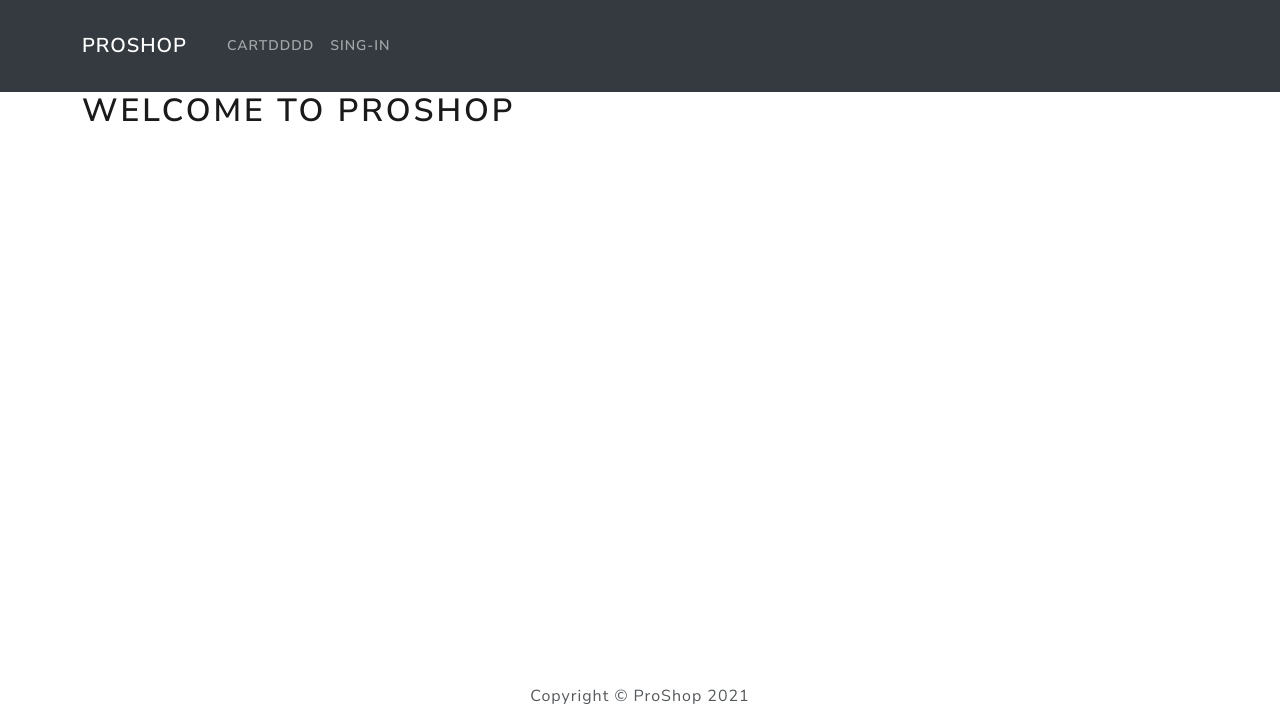
Repository: Erangr90/ProShop
Page: / (app in frontend/)
The author's editor kept a copy of each file at every save. The page is drawn from the files as they stood at one save, then again after the next save.
The browser window is 1280 px wide. The pictures show the whole page.
The project was rebuilt for these pictures with package versions that can differ from the ones it lists, and the page was loaded fresh each time.

Above is the page before, as saved 2021-05-29 18:24:32.

### frontend/public/index.html
<!DOCTYPE html>
<html lang="en">
  <head>
    <meta charset="utf-8" />
    <link rel="icon" href="%PUBLIC_URL%/favicon.ico" />
    <meta name="viewport" content="width=device-width, initial-scale=1" />
    <meta name="theme-color" content="#000000" />
    <meta
      name="description"
      content="ProShop - the best prices"
    />
    <link rel="apple-touch-icon" href="%PUBLIC_URL%/logo192.png" />
    <link rel="manifest" href="%PUBLIC_URL%/manifest.json" />
    <title>Welcome to ProShop</title>
  </head>
  <body>
    <div id="root"></div>
  </body>
</html>

### frontend/src/index.js
import React from 'react';
import ReactDOM from 'react-dom';

import './index.css';
import './bootstrap.min.css'
import App from './App';
import reportWebVitals from './reportWebVitals';

ReactDOM.render(
  <React.StrictMode>
    <App />
  </React.StrictMode>,
  document.getElementById('root')
);

// If you want to start measuring performance in your app, pass a function
// to log results (for example: reportWebVitals(console.log))
// or send to an analytics endpoint. Learn more: https://bit.ly/CRA-vitals
reportWebVitals();

### frontend/src/App.js
import React from 'react'
import { Container } from 'react-bootstrap'
import Header from './components/Header'
import Footer from './components/Footer'

function App() {
  return (
    <>
    <Header/>
    <main>
    <Container><h1>Welcome to ProShop</h1></Container>
    </main>
    <Footer/>
    </>
  );
}

export default App;

### frontend/src/components/Header.jsx
import React from 'react'
import {Navbar,Nav, Container} from 'react-bootstrap'

const Header = () => {
    return (
        <header>
            <Navbar bg="dark" variant='dark' expand="lg" collapseOnSelect>
            <Container >
                <Navbar.Brand href="/">ProShop</Navbar.Brand>
                <Navbar.Toggle aria-controls="basic-navbar-nav"/>
                <Navbar.Collapse id="basic-navbar-nav" >
                    <Nav className='ml-auto'>
                        <Nav.Link href="/cart">Cartdddd</Nav.Link>
                         <Nav.Link href="/login">Sing-in</Nav.Link>
                    </Nav>
                </Navbar.Collapse>
            </Container>
            </Navbar>
        </header>
    )
}

export default Header

### frontend/src/components/Footer.jsx
import React from 'react'
import { Container,Row,Col } from 'react-bootstrap'

const Footer = () => {
    return (
        <footer>
        <Container>
            <Row>
                <Col className='text-center py-3'>
                    Copyright &copy; ProShop 2021
                </Col>
            </Row>
        </Container>
        </footer>
    )
}

export default Footer

Loaded but not shown: frontend/src/index.css (common file); frontend/src/bootstrap.min.css (library); frontend/src/reportWebVitals.js (common file)

After the next save:
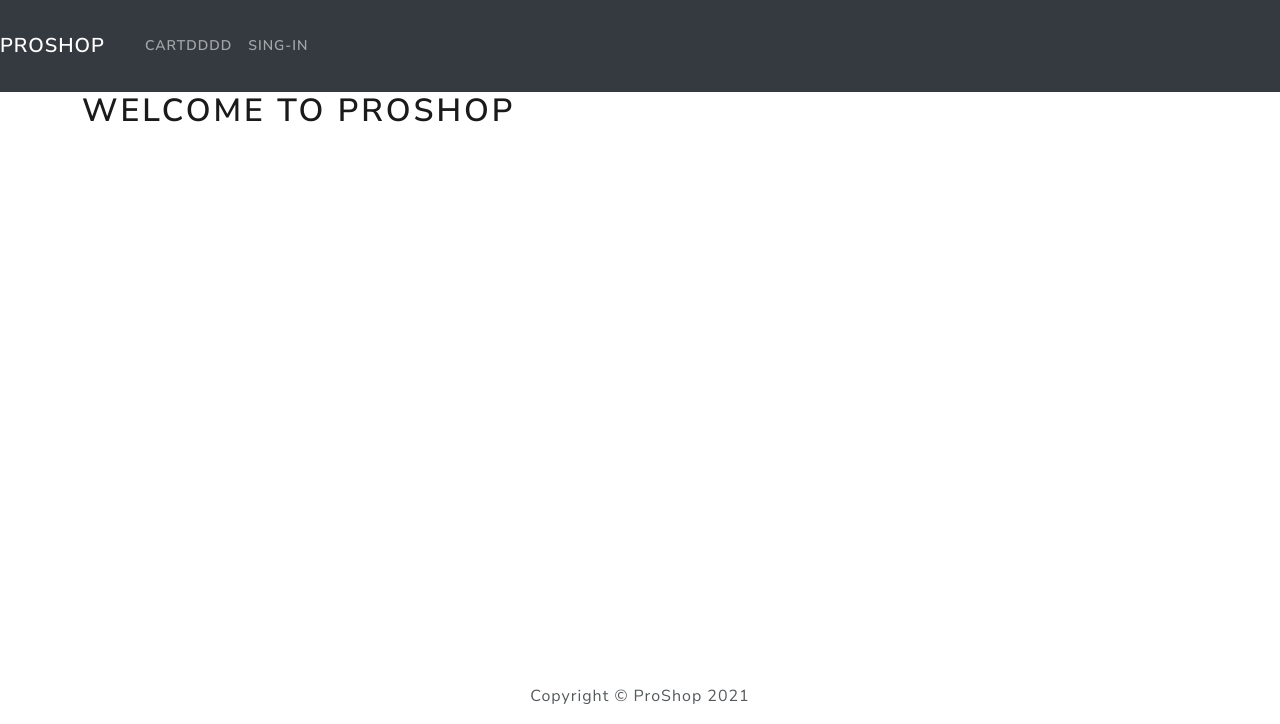
Saved 2 min 11 s later.
--- a/frontend/src/components/Header.jsx
+++ b/frontend/src/components/Header.jsx
@@ -5,7 +5,7 @@
     return (
         <header>
             <Navbar bg="dark" variant='dark' expand="lg" collapseOnSelect>
-            <Container >
+            < >
                 <Navbar.Brand href="/">ProShop</Navbar.Brand>
                 <Navbar.Toggle aria-controls="basic-navbar-nav"/>
                 <Navbar.Collapse id="basic-navbar-nav" >
@@ -14,7 +14,7 @@
                          <Nav.Link href="/login">Sing-in</Nav.Link>
                     </Nav>
                 </Navbar.Collapse>
-            </Container>
+            </>
             </Navbar>
         </header>
     )
